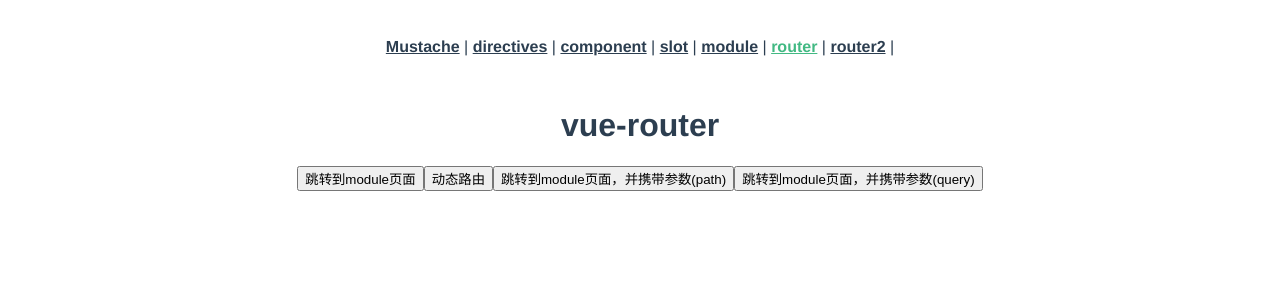
Repository: yeyanghui0616/my-vue2-learning
Page: /router
An editor plug-in stored every save of this project. The page is shown before and after a run of saves, followed by the edit.
The browser window is 1280 px wide. The pictures show the whole page.
The project was rebuilt for these pictures with package versions that can differ from the ones it lists, and the page was loaded fresh each time. Also part of the build but not shown: src/views/Mustache.vue, src/components/globalComponent.vue.

Above is the page before, as saved 2023-08-30 22:24:08.

### src/main.js
import Vue from "vue";
import App from "./App.vue";
import router from "./router";
import store from "./store";

// 注册全局组件
import globalComponent from "./components/globalComponent";
Vue.component("globalComponent", globalComponent);

Vue.config.productionTip = false;

new Vue({
	router,
	store,
	render: (h) => h(App),
}).$mount("#app");

### src/App.vue
<template>
  <div id="app">
    <div id="nav">
      <router-link to="/">Mustache</router-link> |
      <router-link to="/directives">directives</router-link> |
      <router-link to="/component">component</router-link> |
      <router-link to="/slot">slot</router-link> |
      <router-link to="/module">module</router-link> |
      <router-link to="/router">router</router-link> |
      <router-link to="/router2/999">router2</router-link> |
    </div>
    <router-view />
  </div>
</template>

<style lang="scss">
#app {
  font-family: Avenir, Helvetica, Arial, sans-serif;
  -webkit-font-smoothing: antialiased;
  -moz-osx-font-smoothing: grayscale;
  text-align: center;
  color: #2c3e50;
}

#nav {
  padding: 30px;

  a {
    font-weight: bold;
    color: #2c3e50;

    &.router-link-exact-active {
      color: #42b983;
    }
  }
}
</style>

### src/router/index.js
import Vue from "vue";
import VueRouter from "vue-router";
import Mustache from "../views/Mustache.vue";

Vue.use(VueRouter);

const routes = [
	{
		path: "/",
		name: "Mustache",
		component: Mustache,
	},
	{
		path: "/directives",
		name: "directives",
		component: () => import("../views/directives.vue"),
	},
	{
		path: "/component",
		name: "component",
		component: () => import("../views/component.vue"),
	},
	{
		path: "/slot",
		name: "slot",
		component: () => import("../views/slot.vue"),
	},
	{
		path: "/module",
		name: "module",
		component: () => import("../views/module.vue"),
	},
	{
		path: "/router",
		name: "router",
		component: () => import("../views/router.vue"),
	},
	{
		path: "/router2/:id",
		name: "router2",
		component: () => import("../views/router2.vue"),
	},
];

const router = new VueRouter({
	mode: "history",
	base: process.env.BASE_URL,
	routes,
});

export default router;

### src/views/router.vue
<template>
  <div>
    <h1>vue-router</h1>
    <button @click="jumpModulePage">跳转到module页面</button>
    <button @click="jumpModulePage2">动态路由</button>
    <button @click="jumpModulePage3">跳转到module页面，并携带参数(path)</button>
    <button @click="jumpModulePage3">跳转到module页面，并携带参数(query)</button>
  </div>
  <!--
    $route和$router是有区别的
      $router为VueRouter实例，想要导航到不同URL，则使用$router.push方法
      $route为当前router跳转对象里面可以获取name、path、query、params等
  -->
</template>

<script>
export default {
  data() {
    return {};
  },

  methods: {
    jumpModulePage() {
      this.$router.push("/router2");
    },
    jumpModulePage2() {
      this.$router.push("/router2/123");
    },
    jumpModulePage3() {
      this.$router.push({
        path: "/router2/123",
        query: {
          name: "张三",
          age: 18,
        },
      });
    },
  },
};
</script>

<style lang="scss"></style>

Loaded but not shown: public/index.html (common file); src/store/index.js (common file)

After the next 9 saves:
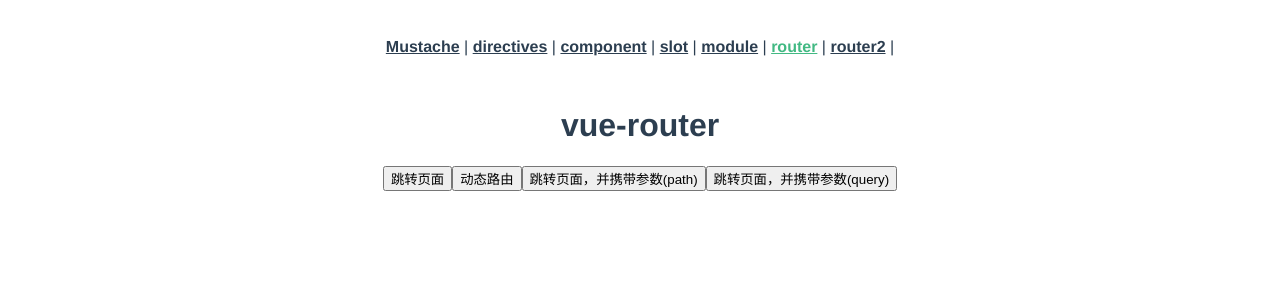
The 9 saves are shown as one change because they came seconds apart.
The last was saved 24 s later.
--- a/src/views/router.vue
+++ b/src/views/router.vue
@@ -1,10 +1,10 @@
 <template>
   <div>
     <h1>vue-router</h1>
-    <button @click="jumpModulePage">跳转到module页面</button>
+    <button @click="jumpModulePage">跳转页面</button>
     <button @click="jumpModulePage2">动态路由</button>
-    <button @click="jumpModulePage3">跳转到module页面，并携带参数(path)</button>
-    <button @click="jumpModulePage3">跳转到module页面，并携带参数(query)</button>
+    <button @click="jumpModulePage3">跳转页面，并携带参数(path)</button>
+    <button @click="jumpModulePage4">跳转页面，并携带参数(query)</button>
   </div>
   <!--
     $route和$router是有区别的
@@ -35,6 +35,15 @@
         },
       });
     },
+    jumpModulePage4() {
+      this.$router.push({
+        name: "/router2/123",
+        params: {
+          name: "张三",
+          age: 18,
+        },
+      });
+    },
   },
 };
 </script>
